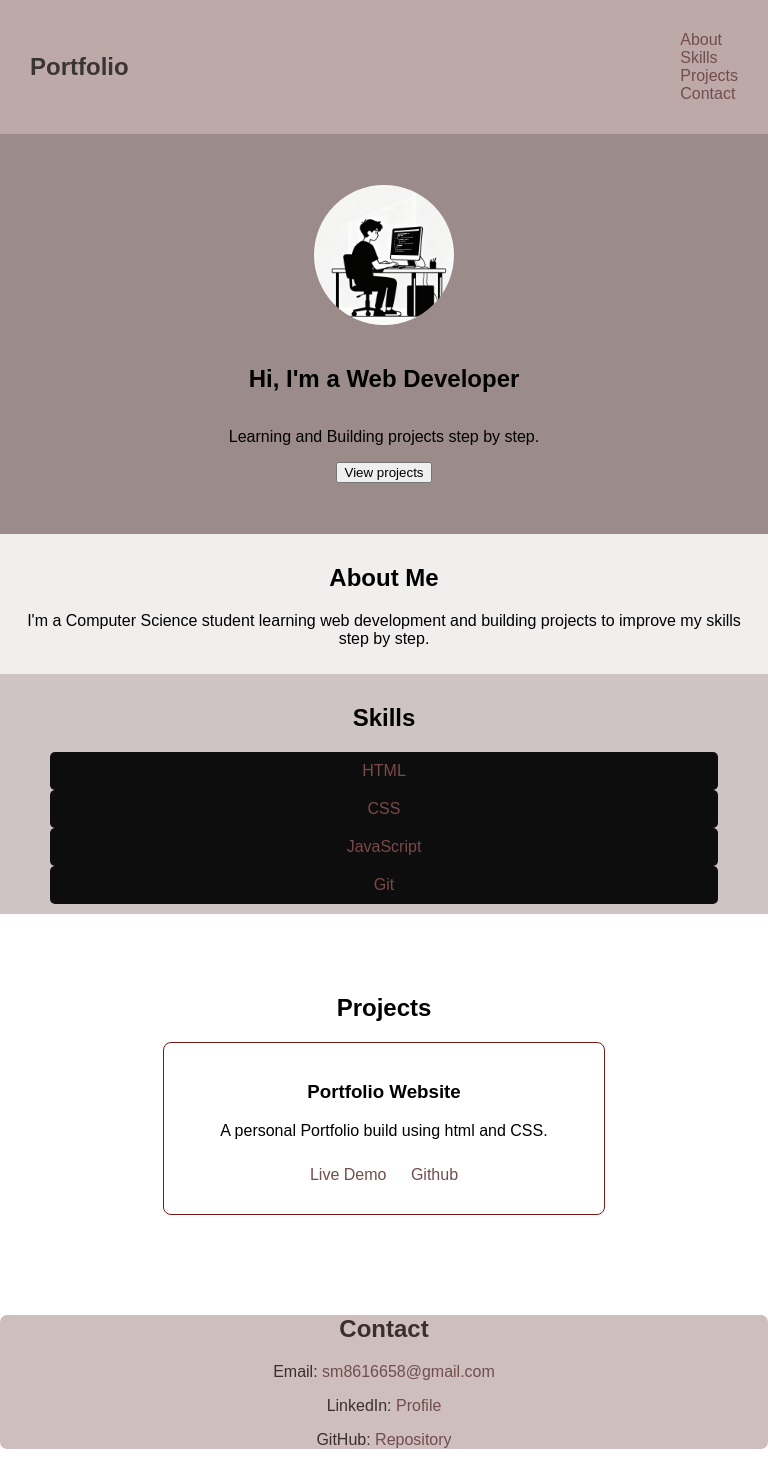
Repository: syeda-naqvi-hub/Portfolio-website
Page: python/portfolio/index.html
An editor plug-in stored every save of this project. The page is shown before and after the next save, followed by the edit.
The browser window is 768 px wide. The pictures show the whole page.

Above is the page before, as saved 2026-02-07 13:12:05.

### python/portfolio/index.html
<!DOCTYPE html>
<html lang="en">
<head>
    <meta charset="UTF-8">
    <meta name="viewport" content="width=device-width, initial-scale=1.0">
    <title>Portfolio</title>
    <link rel="stylesheet" href="style.css">
</head>
<body>
    <script src="script.js"></script>
    <header>
        <nav>
            <h2 class="logo">Portfolio</h2>
            <ul>
                <li><a href="#about">About</a></li>
                <li><a href="#skills">Skills</a></li>
                <li><a href="#projects">Projects</a></li>
                <li><a href="#contact">Contact</a></li>
            </ul>
        </nav>
    </header>
    <section class="hero">
        <img src="profile.jpeg" class="profile-img" alt="developer">
        <h1>Hi, I'm a Web Developer </h1>
        <p>Learning and Building projects step by step.</p>
        <button>View projects</button>
    </section>
    <section id="about" class="about">
        <h2>About Me</h2>
        <p>
            I'm a Computer Science student learning web development and building projects to improve my skills step by step.
        </p>
    </section>
    <section id="skills" class="skills">
        <h2>Skills</h2>
        <div class="skills-list">
            <div>HTML</div>
            <div>CSS</div>
            <div>JavaScript</div>
            <div>Git</div>
        </div>
    </section>
    <section id="projects" class="projects">
        <h2>Projects</h2>
        <div class="project-card">
            <h3>Portfolio Website</h3>
            <p>A personal Portfolio build using html and CSS.</p>
            <a href="#">Live Demo</a>
            <a href="#">Github</a>
        </div>
    </section>
    <section id="contact" class="contact">
        <h2>Contact</h2>
        <p>Email: <a href="mailto:sm8616658@gmail.com">sm8616658@gmail.com</a></p>
        <p>LinkedIn: <a href="https://linkedin.com/in/Syeda Naqvi">Profile</a></p>
        <p>GitHub: <a href="https://github.com/syeda-naqvi-hub">Repository</a></p>
    </section>
</body>
</html>

### python/portfolio/style.css
body {
    font-family: arial,sans-serif;
    margin: 0;
}
header {
    background: #bea9a9;
    color: rgb(58, 52, 52);
    padding: 15px 30px;
}
nav {
    display: flex;
    justify-content: space-between;
    align-items: center;
}
ul {
    display: row;
    list-style: none;
    gap: 10px;
}
a {
    color: rgb(114, 77, 77);
    text-decoration:none
}
.hero {
    height: 50vh;
    display: flex;
    flex-direction: column;
    justify-content: center;
    align-items: center;
    background: #9b8b8b;
    text-align: center;
}
.profile-img {
    width: 140px;
    border-radius: 50%;
    margin-bottom: 20px;
    align-items:center;
}
.about {
     justify-content: center;
    align-items: center;
    background: #f1eeee;
    text-align: center;
    padding: 10px 20px;
    text-align: center;
}
.skills {
    background: #cec4c4;
    padding:  10px 50px;
    text-align: center;
}
.skills-set {
    color: #8a6363;
    display: flex;
    justify-content: center;
    gap: 20px;
    margin-top: 3px;
}
.skills-list div {
    background: #0e0d0d;
    color: rgb(122, 73, 73);
    padding: 10px 10px;
    border-radius: 5px;
}
.projects {
    padding: 60px 20px;
    text-align: center;
}
.project-card {
    border: 1px solid #7c1919;
    padding: 20px;
    margin: 20px auto;
    max-width: 400px;
    border-radius: 8px;
}
.project-card a {
    margin: 10px;
    display: inline-block;
}
.contact {
    background: #cfbebe;
    color: rgb(58, 47, 47);
    text-align: center;
    border-radius: 7px;
}
@media (max-width: 768px)
{
    ul {
        flex-direction: row;
        gap: 10px;
    }
    .skills-list {
        flex-direction: column;
        align-items: center;
    }
    /* .hero {
        height: auto;
        padding: 40px 20px;
    } */
}

### python/portfolio/script.js
console.log("Portfolio loaded")
document.querySelectorAll("a").forEach(anchor =>
{
    anchor.addEventListener("click",function(e)
{
    e.preventDefault();
    document.querySelectorAll(this.getAttribute("href"))
    .scrollintoview({behaviour:"smooth"});
});
});

After the next save:
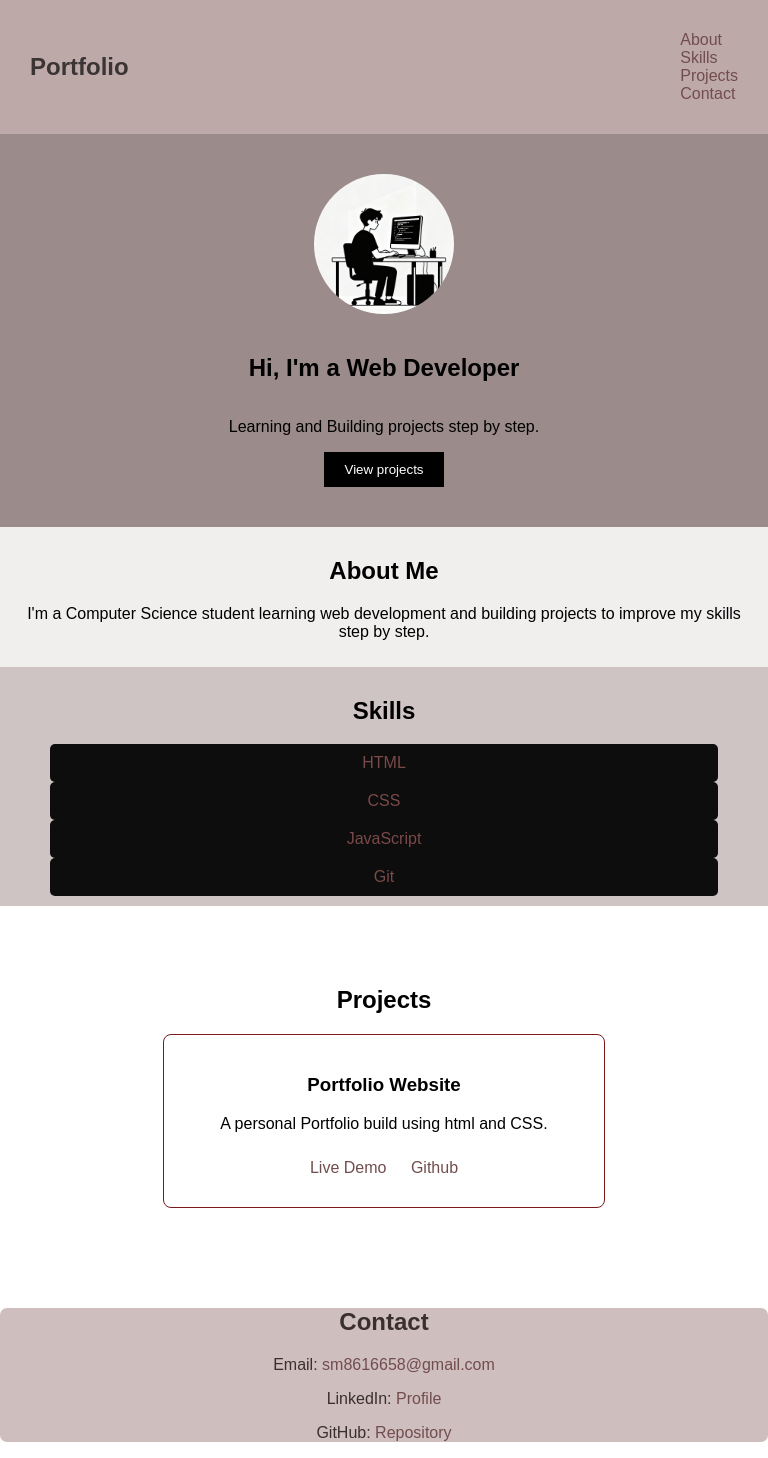
Saved 7 min 3 s later.
--- a/python/portfolio/style.css
+++ b/python/portfolio/style.css
@@ -35,6 +35,18 @@ a {
     border-radius: 50%;
     margin-bottom: 20px;
     align-items:center;
+}
+button {
+    padding: 10px 20px;
+    border: none;
+    background: black;
+    color: white;
+    cursor: pointer;
+    transition: 0.3s;
+}
+button:hover {
+    background: #444;
+    transform: scale(1.05);
 }
 .about {
      justify-content: center;
@@ -92,9 +104,29 @@ a {
     .skills-list {
         flex-direction: column;
         align-items: center;
-    }
-    /* .hero {
+    }.hero {
         height: auto;
         padding: 40px 20px;
-    } */
+    }
 }
+section {
+    animation: fadein 1s ease-in;
+}
+@keyframes fadein{
+    from {
+        opacity: 0;
+        transform: translate(20px);
+    }
+    to {
+        opacity: 1;
+        transform: translateY(0);
+    }
+}
+.project-card {
+    transition: 0.3s;
+}
+.project-card:hover {
+    transform: translateY(-5px);
+    box-shadow: 0 5px 15px
+    rgba(0,0,0,0.2);
+}
